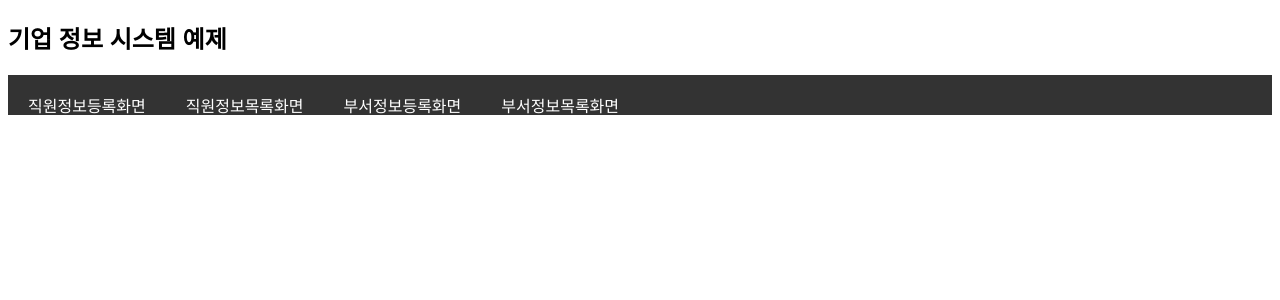
Repository: sieoh/2024html-
Page: workspace_sts/jspweb_08/src/main/webapp/index.html
The author's editor kept a copy of each file at every save. The page is drawn from the files as they stood at one save, then again after the next save.
The browser window is 1280 px wide. The pictures show the whole page.

Above is the page before, as saved 2024-01-12 07:16:49.

### workspace_sts/jspweb_08/src/main/webapp/index.html
<!DOCTYPE html>
<html>
<head>
<meta charset="UTF-8">
<title>Insert title here</title>
<style>
	body {font-family: Arial, sans-serif;}
	.main-menu{background-color: #333333; height: 40px}
    ul {
    	list-style: none;
    	padding: 0;
    	margin: 0;
    	}
    ul li {float: left; padding: 18px 20px;  text-decoration-line: none; color: white; text-align: center;}
    ul li a { text-decoration-line: none; color: white;}
  </style>
</head>
<body>
	<h2>기업 정보 시스템 예제</h2>
	<div class="main-menu">
		<ul>
		 	<li><a href="empform.jsp">직원정보등록화면</a></li>
		 	<li><a href="emplist.jsp">직원정보목록화면</a></li>
		 	<li><a href="departform.jsp">부서정보등록화면</a></li>
		 	<li><a href="departlist.jsp">부서정보목록화면</a></li>

		</ul>
	</div>
	<script src="js/jquery-3.7.1.min.js"></script>
  	<script>
	    $(document).ready(function(){
	      $('li').hover(function(){
	        $(this).css("background-color","#696969")
	      },function(){
	        $(this).css("background-color","#333333")
	      });
	    });
  </script>
</body>
</html>

Loaded but not shown: workspace_sts/jspweb_08/src/main/webapp/js/jquery-3.7.1.min.js (library)

After the next save:
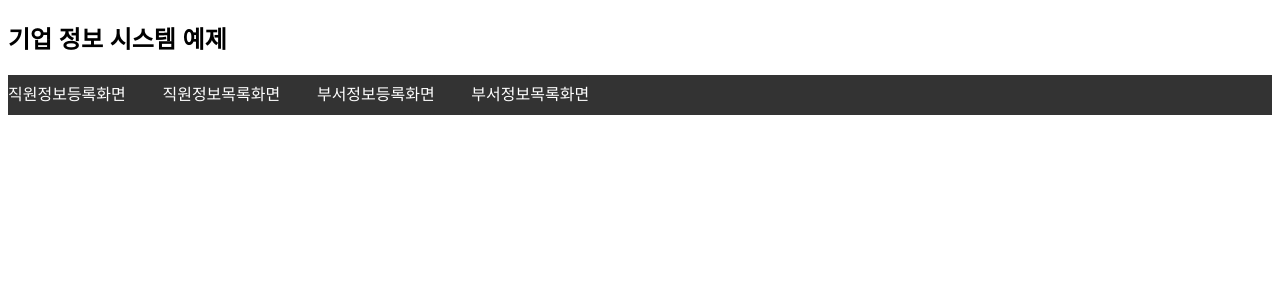
Saved 5 min 24 s later.
--- a/workspace_sts/jspweb_08/src/main/webapp/index.html
+++ b/workspace_sts/jspweb_08/src/main/webapp/index.html
@@ -5,14 +5,36 @@
 <title>Insert title here</title>
 <style>
 	body {font-family: Arial, sans-serif;}
-	.main-menu{background-color: #333333; height: 40px}
-    ul {
+	.main-menu{
+		background-color: #333333;
+		height: 40px
+		}
+    .main-menu ul {
     	list-style: none;
     	padding: 0;
     	margin: 0;
     	}
-    ul li {float: left; padding: 18px 20px;  text-decoration-line: none; color: white; text-align: center;}
-    ul li a { text-decoration-line: none; color: white;}
+    .main-menu li {
+    	display: inline-block;
+		margin-right: 0px;
+		height: 40px;
+		width: 150px;
+    	}
+    .main-menu a {
+		display: inline-block;
+		text-decoration: none;
+		line-height: 40px;
+		height: 40px;
+		text-align: center;
+		color: white;
+		background-color: #333333;
+		border-radius: 5px;
+		transition: background-color 0.3s ease;
+    	}
+    .main-menu a:hover {
+		background-color:#696969;
+		color: white;
+		}
   </style>
 </head>
 <body>
